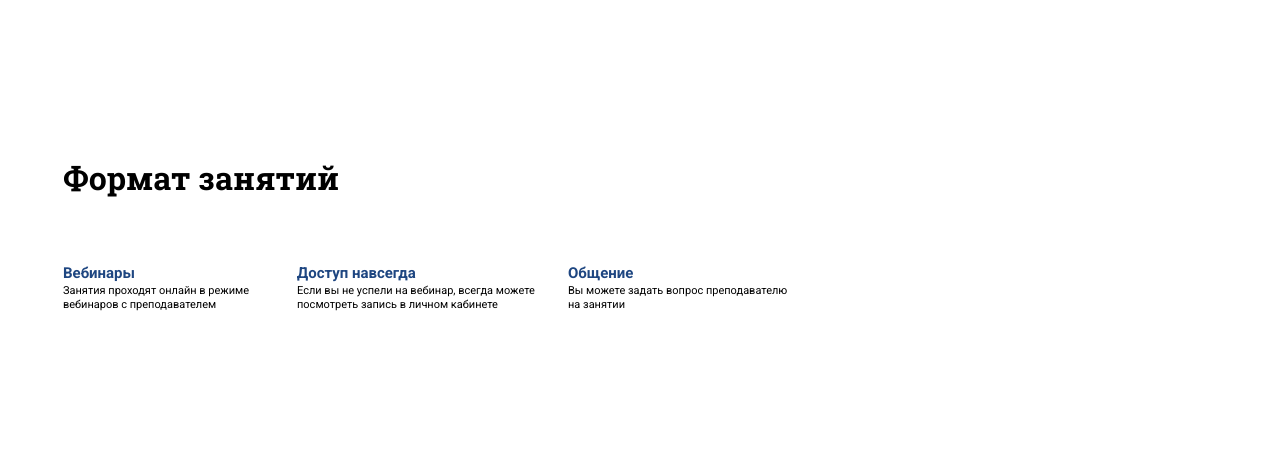
Repository: PoladEziz/Task-4
Page: index.html
The author's editor kept a copy of each file at every save. The page is drawn from the files as they stood at one save, then again after a run of saves.
The browser window is 1280 px wide. The pictures show the whole page.

Above is the page before, as saved 2023-05-09 17:18:15.

After the next 2 saves:
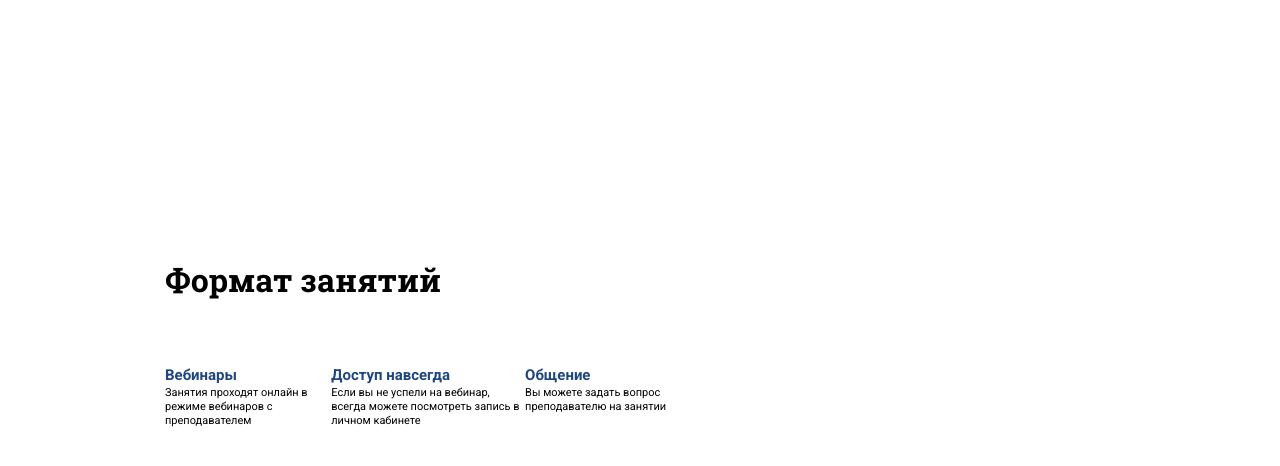
The 2 saves are shown as one change because they came seconds apart.
The last was saved 85 s later.
--- a/index.css
+++ b/index.css
@@ -93,6 +93,9 @@
     padding-right: 480px;
   }
 
+.page-1{
+  padding: 102px;
+}
   .main .page-1 h1 {
     font-family: 'Roboto Slab';
     font-style: normal;
